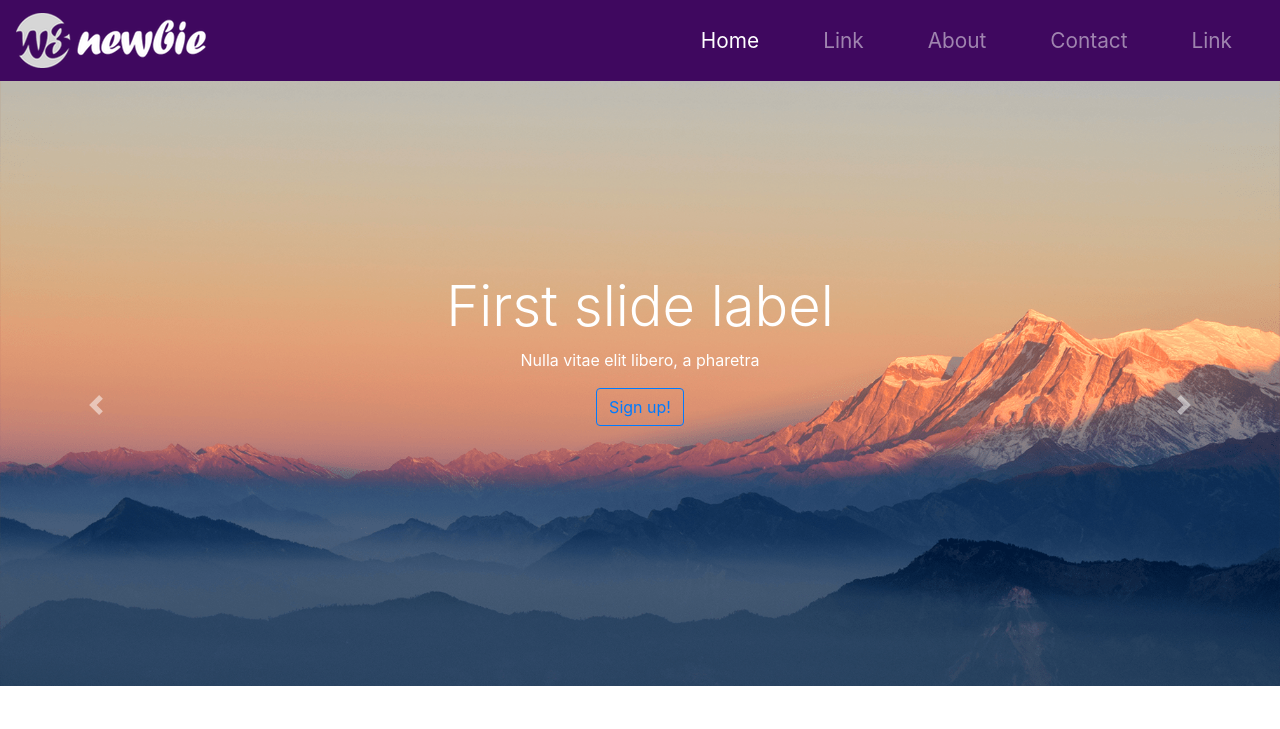
Repository: Mietlicha/bootstrap-project
Page: Bootstrap Website Files/index.html
The author's editor kept a copy of each file at every save. The page is drawn from the files as they stood at one save, then again after the next save.
The browser window is 1280 px wide. The pictures show the whole page.

Above is the page before, as saved 2019-10-28 22:17:49.

After the next save:
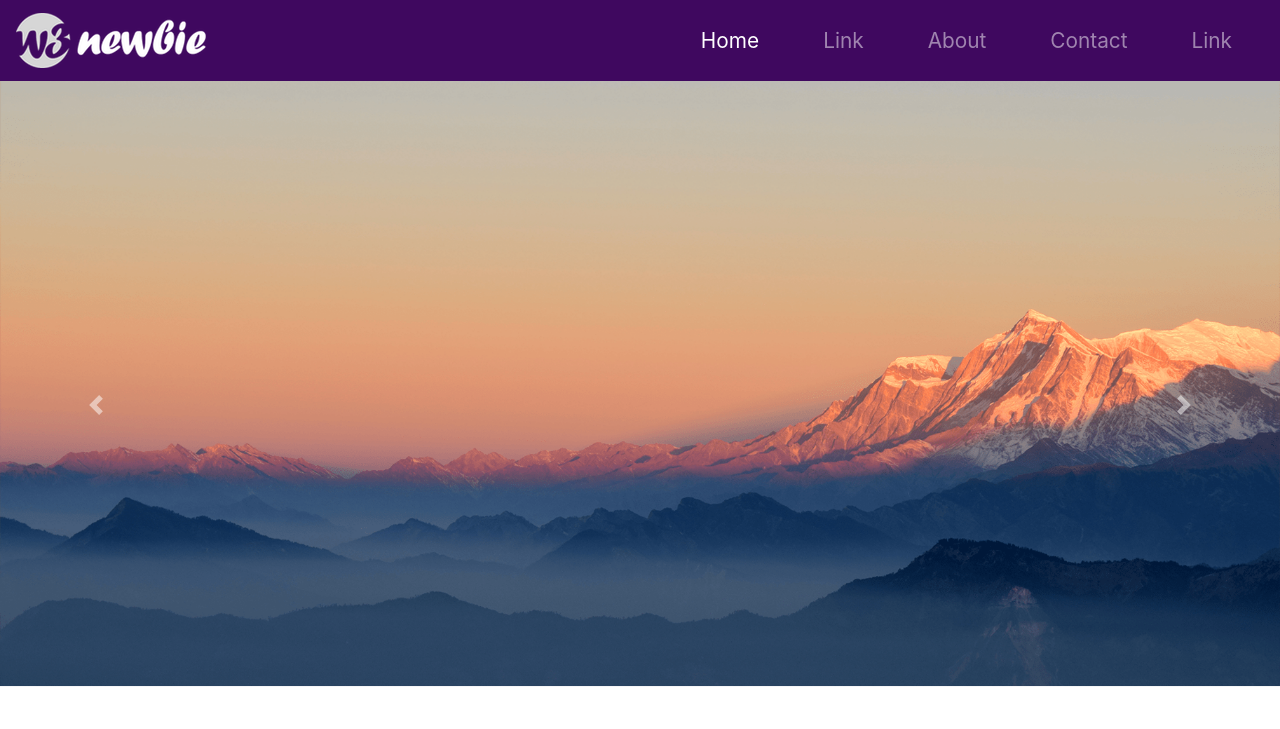
Saved 4 min 44 s later.
--- a/style.css
+++ b/style.css
@@ -33,12 +33,8 @@
     border-radius: 50%;
   }
 
-  .position-carusel-caption{
+  .carousel-caption{
     position: relative;
-  }
-
-.carousel-caption{
-    position: absolute;
     /* top: 50%;
     left: 50%;
     background-color: #fff; */

After the save that followed:
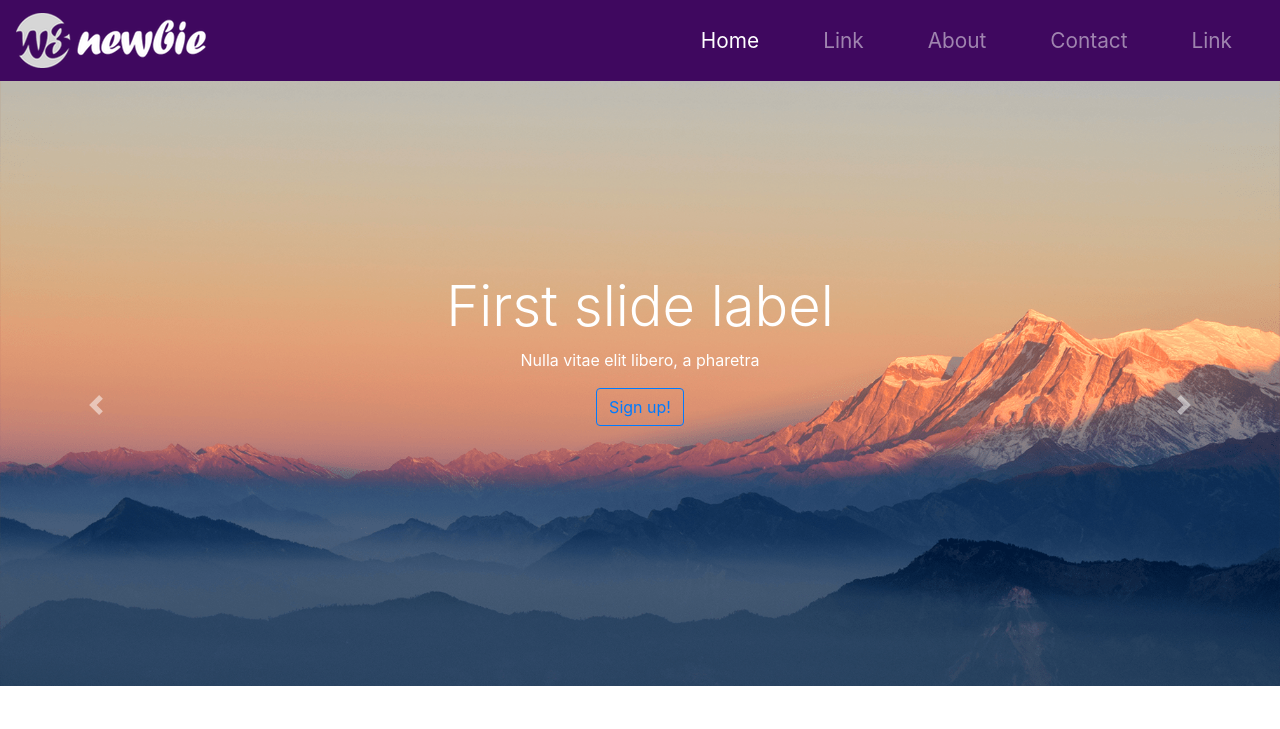
Saved 30 s later.
--- a/style.css
+++ b/style.css
@@ -34,7 +34,7 @@
   }
 
   .carousel-caption{
-    position: relative;
+    position: absolute;
     /* top: 50%;
     left: 50%;
     background-color: #fff; */
